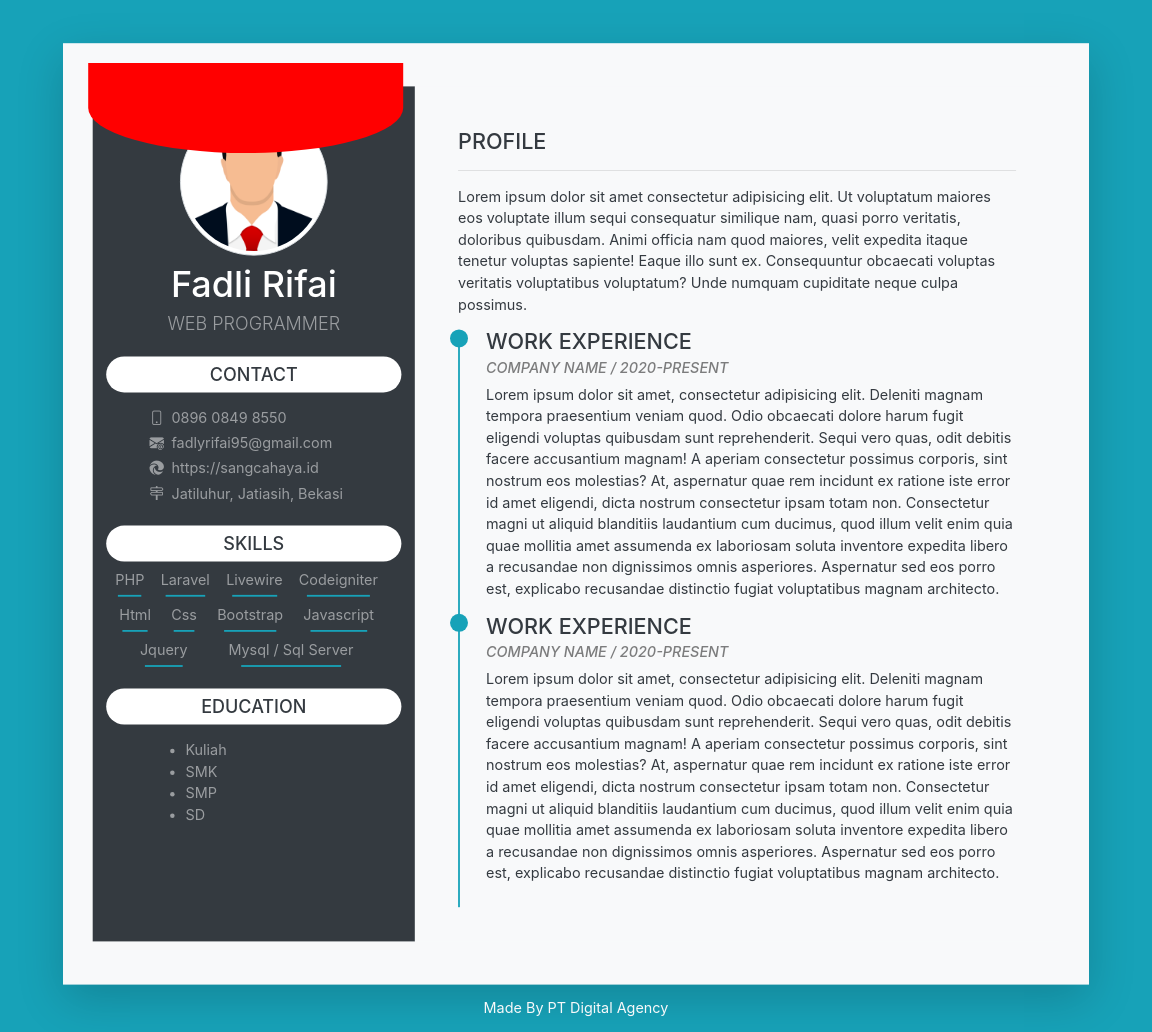
Repository: fadlyyy/fadlyyy.github.io
Page: index.html
The author's editor kept a copy of each file at every save. The page is drawn from the files as they stood at one save, then again after a run of saves.
The browser window is 1280 px wide. The pictures show the whole page, at 90% of full size.

Above is the page before, as saved 2024-01-31 08:52:43.

### index.html
<!DOCTYPE html>
<html lang="en">

<head>
     <!-- Required meta tags -->
     <meta charset="utf-8" />
     <meta name="viewport" content="width=device-width, initial-scale=1, shrink-to-fit=no" />

     <!-- Bootstrap CSS -->
     <link rel="stylesheet" href="https://cdn.jsdelivr.net/npm/bootstrap@4.6.2/dist/css/bootstrap.min.css"
          integrity="sha384-xOolHFLEh07PJGoPkLv1IbcEPTNtaed2xpHsD9ESMhqIYd0nLMwNLD69Npy4HI+N" crossorigin="anonymous" />

     <!-- Icon -->
     <link rel="stylesheet" href="https://cdn.jsdelivr.net/npm/bootstrap-icons@1.11.3/font/bootstrap-icons.min.css" />

     <link rel="stylesheet" href="style.css" />

     <title>Hello, world!</title>
</head>

<body class="bg-info">
     <div class="container p-5 bg-light mt-5 mb-5 shadow shadow-lg">
          <div class="row">
               <div class="col-lg-4 bg-dark text-white text-center py-4">
                    <div class="header-left">
                         <div class="kotak-image"></div>
                         <img src="img/profile.png" alt="" class="img-thumbnail rounded-circle mb-2 w-50 h-50" />
                         <h1 class="display-5">Fadli Rifai</h1>
                         <h4 class="lead text-uppercase text-white-50 mb-4">Web Programmer</h4>
                    </div>

                    <!-- general info -->
                    <div class="general-info">
                         <h5 class="text-uppercase bg-white text-dark py-2 rounded-pill">contact</h5>

                         <ul class="list-unstyled text-white-50 py-2 text-left ml-5">
                              <li class="list-item mb-1">
                                   <p>
                                        <i class="bi bi-phone mr-1"></i> 0896 0849 8550
                                   </p>
                              </li>
                              <li class="list-item mb-1 text-wrap w-75">
                                   <p>
                                        <i class="bi bi-envelope-at-fill mr-1"></i> fadlyrifai95@gmail.com
                                   </p>
                              </li>
                              <li class="list-item mb-1">
                                   <p>
                                        <i class="bi bi-browser-edge mr-1"></i> https://sangcahaya.id
                                   </p>
                              </li>
                              <li class="list-item">
                                   <i class="bi bi-signpost-2 mr-1"></i>
                                   Jatiluhur, Jatiasih, Bekasi
                              </li>
                         </ul>
                    </div>

                    <!-- skills -->
                    <div>
                         <h5 class="text-uppercase bg-white text-dark py-2 rounded-pill">skills</h5>
                         <ul class="list list-unstyled text-white-50 px-2 text-left text-capitalize list-skills">
                              <li class="list-item">PHP</li>
                              <li class="list-item">laravel</li>
                              <li class="list-item">livewire</li>
                              <li class="list-item">codeigniter</li>
                              <li class="list-item">html</li>
                              <li class="list-item">css</li>
                              <li class="list-item">bootstrap</li>
                              <li class="list-item">javascript</li>
                              <li class="list-item">jquery</li>
                              <li class="list-item">mysql / sql server</li>
                         </ul>
                    </div>

                    <!-- educations -->
                    <div>
                         <h5 class="text-uppercase bg-white text-dark py-2 rounded-pill">education</h5>
                         <ul class="list text-white-50 ml-5 py-2 text-left text-capitalize">
                              <li class="list-item">Kuliah</li>
                              <li class="list-item">SMK</li>
                              <li class="list-item">SMP</li>
                              <li class="list-item">SD</li>
                         </ul>
                    </div>
               </div>

               <div class="col-lg-8 bg-light text-dark py-5 px-5 right-side">
                    <div class="header-right">
                         <h4 class="text-uppercase">Profile</h4>
                         <hr />
                         <p>
                              Lorem ipsum dolor sit amet consectetur adipisicing elit. Ut voluptatum maiores eos
                              voluptate illum sequi consequatur similique nam, quasi porro veritatis, doloribus
                              quibusdam. Animi officia nam quod maiores, velit expedita
                              itaque tenetur voluptas sapiente! Eaque illo sunt ex. Consequuntur obcaecati voluptas
                              veritatis voluptatibus voluptatum? Unde numquam cupiditate neque culpa possimus.
                         </p>
                    </div>

                    <div class="work-experience">
                         <div class="list-work pb-3 pl-3">
                              <h4 class="text-uppercase">work experience</h4>
                              <h6 class="text-uppercase text-black-50 font-italic mt-1 mb-2">company name / 2020-present</h6>
                              <p>Lorem ipsum dolor sit amet, consectetur adipisicing elit. Deleniti magnam tempora
                                   praesentium veniam quod. Odio obcaecati dolore harum fugit eligendi voluptas
                                   quibusdam sunt reprehenderit. Sequi vero quas, odit debitis facere accusantium
                                   magnam! A aperiam consectetur possimus corporis, sint nostrum eos molestias? At,
                                   aspernatur quae rem incidunt ex ratione iste error id amet eligendi, dicta nostrum
                                   consectetur ipsam totam non. Consectetur magni ut aliquid blanditiis laudantium cum
                                   ducimus, quod illum velit enim quia quae mollitia amet assumenda ex laboriosam soluta
                                   inventore expedita libero a recusandae non dignissimos omnis asperiores. Aspernatur
                                   sed eos porro est, explicabo recusandae distinctio fugiat voluptatibus magnam
                                   architecto.</p>
                         </div>
                         <div class="list-work pb-3 pl-3">
                              <h4 class="text-uppercase">work experience</h4>
                              <h6 class="text-uppercase text-black-50 font-italic mt-1 mb-2">company name / 2020-present</h6>
                              <p>Lorem ipsum dolor sit amet, consectetur adipisicing elit. Deleniti magnam tempora
                                   praesentium veniam quod. Odio obcaecati dolore harum fugit eligendi voluptas
                                   quibusdam sunt reprehenderit. Sequi vero quas, odit debitis facere accusantium
                                   magnam! A aperiam consectetur possimus corporis, sint nostrum eos molestias? At,
                                   aspernatur quae rem incidunt ex ratione iste error id amet eligendi, dicta nostrum
                                   consectetur ipsam totam non. Consectetur magni ut aliquid blanditiis laudantium cum
                                   ducimus, quod illum velit enim quia quae mollitia amet assumenda ex laboriosam soluta
                                   inventore expedita libero a recusandae non dignissimos omnis asperiores. Aspernatur
                                   sed eos porro est, explicabo recusandae distinctio fugiat voluptatibus magnam
                                   architecto.</p>
                         </div>
                    </div>
               </div>
          </div>
     </div>
     <!-- Optional JavaScript; choose one of the two! -->

     <!-- footer -->
     <div class="footer">
          <p class="text-light text-center text-capitalize" style="margin-top: -35px;">made by PT Digital Agency</p>
     </div>

     <!-- Option 1: jQuery and Bootstrap Bundle (includes Popper) -->
     <script src="https://cdn.jsdelivr.net/npm/jquery@3.5.1/dist/jquery.slim.min.js"
          integrity="sha384-DfXdz2htPH0lsSSs5nCTpuj/zy4C+OGpamoFVy38MVBnE+IbbVYUew+OrCXaRkfj"
          crossorigin="anonymous"></script>
     <script src="https://cdn.jsdelivr.net/npm/bootstrap@4.6.2/dist/js/bootstrap.bundle.min.js"
          integrity="sha384-Fy6S3B9q64WdZWQUiU+q4/2Lc9npb8tCaSX9FK7E8HnRr0Jz8D6OP9dO5Vg3Q9ct"
          crossorigin="anonymous"></script>

     <!-- Option 2: Separate Popper and Bootstrap JS -->
     <!--
    <script src="https://cdn.jsdelivr.net/npm/jquery@3.5.1/dist/jquery.slim.min.js" integrity="sha384-DfXdz2htPH0lsSSs5nCTpuj/zy4C+OGpamoFVy38MVBnE+IbbVYUew+OrCXaRkfj" crossorigin="anonymous"></script>
    <script src="https://cdn.jsdelivr.net/npm/popper.js@1.16.1/dist/umd/popper.min.js" integrity="sha384-9/reFTGAW83EW2RDu2S0VKaIzap3H66lZH81PoYlFhbGU+6BZp6G7niu735Sk7lN" crossorigin="anonymous"></script>
    <script src="https://cdn.jsdelivr.net/npm/bootstrap@4.6.2/dist/js/bootstrap.min.js" integrity="sha384-+sLIOodYLS7CIrQpBjl+C7nPvqq+FbNUBDunl/OZv93DB7Ln/533i8e/mZXLi/P+" crossorigin="anonymous"></script>
    -->
</body>

</html>

### style.css
.general-info ul li p {
    margin: 0;
}

.header-left {
    position: relative;
    /* overflow: hidden; */
}

.header-left .kotak-image {
    width: 350px;
    height: 100px;
    /* border-radius: 50%; */
    background-color: red;
    position: absolute;
    top: -50px;
    left: -20px;
    right: 250px;
    border-bottom-left-radius: 100%;
    border-bottom-right-radius: 100%;
}

.list-skills {
    display: flex;
    flex-wrap: wrap;
    justify-content: space-evenly;
    align-content: space-around;
}

.list-skills .list-item {
    margin-right: 1rem;
    padding-bottom: .5rem;
}

.list-skills .list-item::after {
    content: '';
    display: block;
    background-color: #17a2b8;
    width: 80%;
    height: 2px;
    margin: auto;
    margin-top: 5px;
}

.work-experience .list-work {
    position: relative;
    z-index: 1;
}

.work-experience .list-work h4,
.work-experience .list-work h6,
.work-experience .list-work p {
    margin: 0;
    padding: 0;
}

.work-experience .list-work h4,
.work-experience .list-work h6,
.work-experience .list-work p {
    margin-left: 15px;
}

.work-experience .list-work::before {
    content: '';
    display: block;
    position: absolute;
    width: 2px;
    top: 5px;
    bottom: -10px;
    left: 0;
    background-color: #17a2b8;
    z-index: 3;
}

.work-experience .list-work::after {
    content: '';
    display: block;
    position: absolute;
    width: 20px;
    height: 20px;
    top: 0;
    left: 0;
    background-color: #17a2b8;
    z-index: 4;
    border-radius: 50%;
    transform: translateX(-45%);
}

/* Media Query */
/* Extra Large */
@media (max-width: 1200px) {}

/* Laptop */
@media (max-width: 992px) {}

/* Tablet */
@media (max-width: 768px) {}

/* Mobile */
@media (max-width: 576px) {
    .right-side {
        padding-left: 0 !important;
        padding-right: 0 !important;
    }
}

After the next 2 saves:
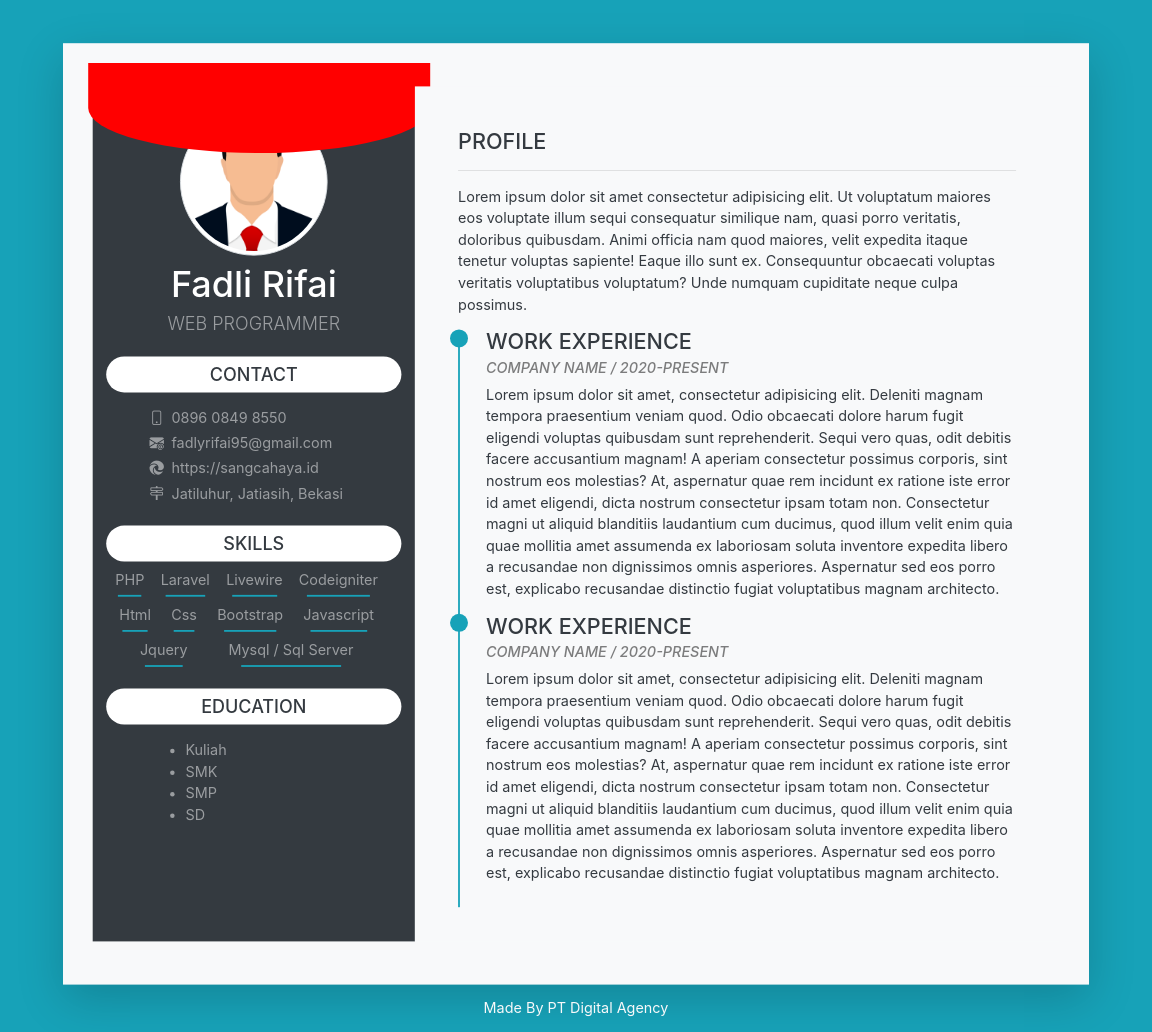
The 2 saves are shown as one change because they came seconds apart.
The last was saved 6 s later.
--- a/style.css
+++ b/style.css
@@ -8,7 +8,7 @@
 }
 
 .header-left .kotak-image {
-    width: 350px;
+    width: 380px;
     height: 100px;
     /* border-radius: 50%; */
     background-color: red;
